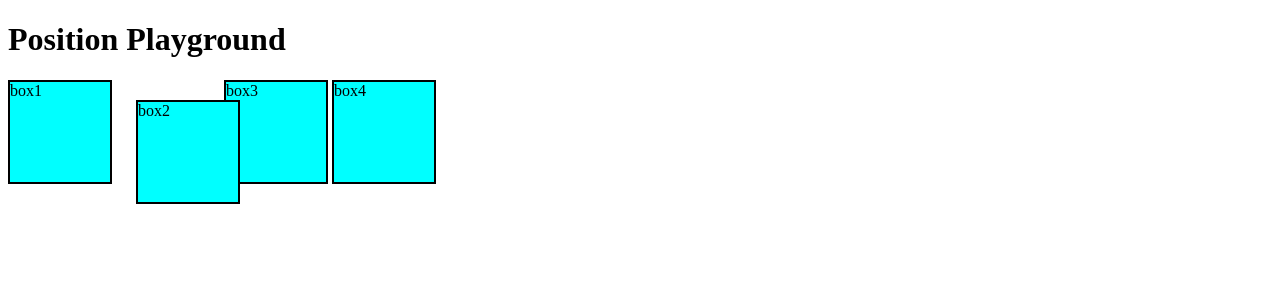
Repository: rakeshkolpepatil/CSS_Apana_College
Page: index.html
An editor plug-in stored every save of this project. The page is shown before and after the next save, followed by the edit.
The browser window is 1280 px wide. The pictures show the whole page.

Above is the page before, as saved 2023-06-23 17:16:13.

After the next save:
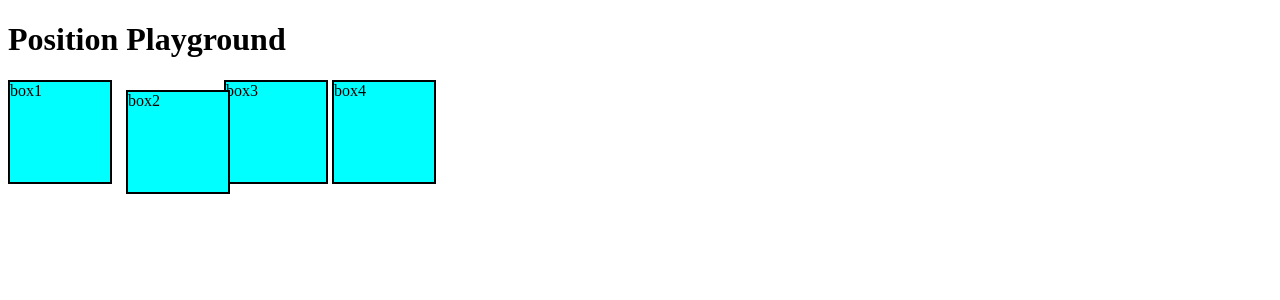
Saved 10 s later.
--- a/styleFive.css
+++ b/styleFive.css
@@ -13,6 +13,6 @@ div{
 }
 #box2{
   position: relative;
-  top: 20px;
-  left: 20px;
+  top: 10px;
+  left: 10px;
 }
